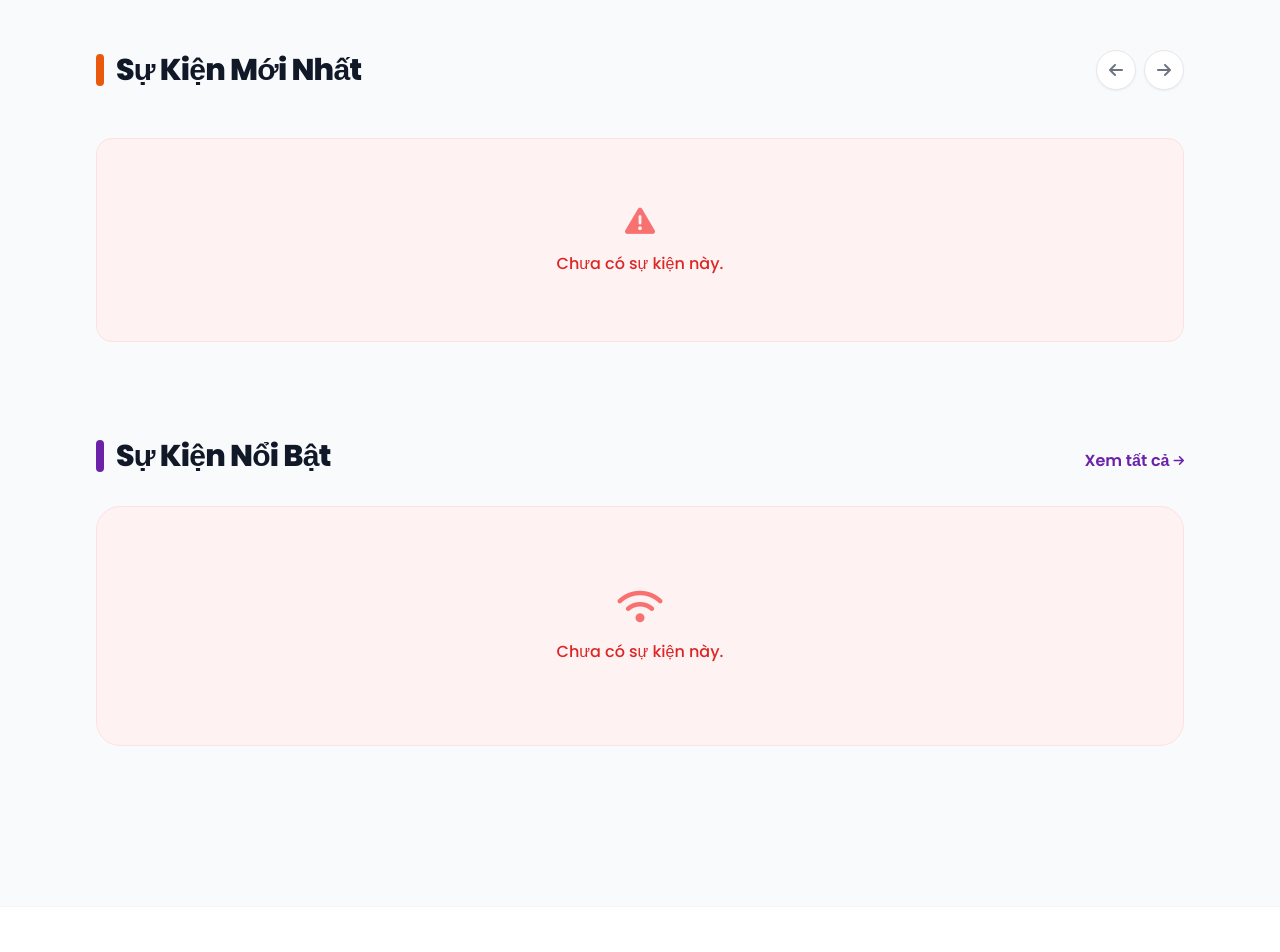
Repository: Vu-Tien-Duc/K23CNT3_VuTienDuc_Project4_EventTicket
Page: EventTicket_BDHT_Project/frontend-web/pages/index.html
These files come from the project's save history. The page is drawn as it stood at one moment and after the next save; the edit follows.
The browser window is 1280 px wide. The pictures show the part of the page from y = 683 to 1635 px (the page is 1654 px tall before and 1554 px after).
Some web libraries are served in a nearby version.

Above is the page before, as saved 2026-05-20 21:29:01.

### EventTicket_BDHT_Project/frontend-web/pages/index.html
<!DOCTYPE html>
<html lang="vi">
<head>
    <meta charset="UTF-8">
    <meta name="viewport" content="width=device-width, initial-scale=1.0">
    <title>BDHT - Kênh bán vé sự kiện hiện đại</title>
    <script src="https://cdn.tailwindcss.com"></script>
    <script>
        tailwind.config = {
            theme: {
                extend: {
                    colors: {
                        brand: {
                            purple: '#6b21a8', purpleHover: '#581c87',
                            orange: '#ea580c', orangeHover: '#c2410c',
                            darkBg: '#1e293b'
                        }
                    },
                    fontFamily: { sans: ['Poppins', 'sans-serif'] },
                    boxShadow: { 'soft': '0 10px 40px -10px rgba(0,0,0,0.08)' }
                }
            }
        }
    </script>
    <link href="https://fonts.googleapis.com/css2?family=Poppins:wght@300;400;500;600;700;800;900&display=swap" rel="stylesheet">
    <link rel="stylesheet" href="https://cdnjs.cloudflare.com/ajax/libs/font-awesome/6.4.0/css/all.min.css">
    <link rel="stylesheet" href="../assets/css/style.css?v=1.3">
    <style>
        body { font-family: 'Poppins', sans-serif; background-color: #F8FAFC; }
        .scrollbar-hide::-webkit-scrollbar { display: none; }
        .scrollbar-hide { -ms-overflow-style: none; scrollbar-width: none; }
        .mini-slider-card { min-width: 280px; width: 280px; }
    </style>
</head>
<body class="text-gray-600 antialiased bg-[#F8FAFC] leading-relaxed">

    <div id="header-container" class="sticky top-0 z-[100] bg-white/80 backdrop-blur-lg border-b border-gray-100 shadow-sm"></div>

    <main class="pb-24">

        <section class="relative w-full overflow-hidden bg-slate-900" style="height: 540px;">
            <div id="hero-slider-track" class="w-full h-full flex transition-transform duration-700 ease-in-out">
                <div class="w-full h-full flex-shrink-0 relative">
                    <img id="banner-img-0" src="https://images.unsplash.com/photo-1540039155732-680874b8ce49?q=80&w=1920&auto=format&fit=crop" class="w-full h-full object-cover opacity-80" alt="Banner 1">
                    <div class="absolute inset-0 bg-gradient-to-t from-slate-900 via-slate-900/40 to-transparent flex items-end p-8 md:p-20">
                        <div class="max-w-7xl mx-auto w-full text-white">
                            <span class="bg-gradient-to-r from-orange-500 to-rose-500 text-white font-bold text-[11px] px-4 py-1.5 rounded-full uppercase tracking-widest mb-4 inline-block shadow-lg">HOT LIVE CONCERT</span>
                            <h2 class="text-4xl md:text-6xl font-extrabold mb-4 text-white drop-shadow-md">Liveshow HÀ NHI<br/><span class="text-transparent bg-clip-text bg-gradient-to-r from-orange-400 to-rose-400">Người Yêu Cũ Là Tri Kỷ</span></h2>
                        </div>
                    </div>
                </div>
                <div class="w-full h-full flex-shrink-0 relative">
                    <img id="banner-img-1" src="https://images.unsplash.com/photo-1470229722913-7c090be10714?q=80&w=1920&auto=format&fit=crop" class="w-full h-full object-cover opacity-80" alt="Banner 2">
                    <div class="absolute inset-0 bg-gradient-to-t from-slate-900 via-slate-900/40 to-transparent flex items-end p-8 md:p-20">
                        <div class="max-w-7xl mx-auto w-full text-white">
                            <span class="bg-gradient-to-r from-brand-purple to-indigo-500 text-white font-bold text-[11px] px-4 py-1.5 rounded-full uppercase tracking-widest mb-4 inline-block shadow-lg">CULTURE EVENT</span>
                            <h2 class="text-4xl md:text-6xl font-extrabold mb-4 text-white drop-shadow-md">À Ố Show<br/><span class="text-transparent bg-clip-text bg-gradient-to-r from-purple-400 to-indigo-400">Nghệ Thuật Xiếc Tre Việt Nam</span></h2>
                        </div>
                    </div>
                </div>
                <div class="w-full h-full flex-shrink-0 relative">
                    <img id="banner-img-2" src="https://images.unsplash.com/photo-1514525253161-7a46d19cd819?q=80&w=1920&auto=format&fit=crop" class="w-full h-full object-cover opacity-80" alt="Banner 3">
                    <div class="absolute inset-0 bg-gradient-to-t from-slate-900 via-slate-900/40 to-transparent flex items-end p-8 md:p-20">
                        <div class="max-w-7xl mx-auto w-full text-white">
                            <span class="bg-gradient-to-r from-blue-500 to-cyan-500 text-white font-bold text-[11px] px-4 py-1.5 rounded-full uppercase tracking-widest mb-4 inline-block shadow-lg">MUSIC FESTIVAL</span>
                            <h2 class="text-4xl md:text-6xl font-extrabold mb-4 text-white drop-shadow-md">Lễ Hội Âm Nhạc Điện Tử<br/><span class="text-transparent bg-clip-text bg-gradient-to-r from-blue-400 to-cyan-400">Ravolution EDM</span></h2>
                        </div>
                    </div>
                </div>
            </div>

            <button onclick="moveHeroSlide(-1)" class="absolute left-6 top-1/2 -translate-y-1/2 w-12 h-12 rounded-full bg-white/20 hover:bg-white/40 backdrop-blur-sm text-white flex items-center justify-center transition-all z-10 hover:scale-110"><i class="fas fa-chevron-left"></i></button>
            <button onclick="moveHeroSlide(1)" class="absolute right-6 top-1/2 -translate-y-1/2 w-12 h-12 rounded-full bg-white/20 hover:bg-white/40 backdrop-blur-sm text-white flex items-center justify-center transition-all z-10 hover:scale-110"><i class="fas fa-chevron-right"></i></button>
            <div id="hero-dots-container" class="absolute bottom-8 left-1/2 -translate-x-1/2 flex gap-3 z-10">
                <span onclick="setHeroSlide(0)" class="w-3 h-3 rounded-full bg-white cursor-pointer transition-all hero-dot active shadow-md"></span>
                <span onclick="setHeroSlide(1)" class="w-3 h-3 rounded-full bg-white/40 cursor-pointer transition-all hero-dot hover:bg-white/70"></span>
                <span onclick="setHeroSlide(2)" class="w-3 h-3 rounded-full bg-white/40 cursor-pointer transition-all hero-dot hover:bg-white/70"></span>
            </div>
        </section>

        <section class="max-w-7xl mx-auto px-6 mt-20">
            <div class="flex items-center justify-between mb-8">
                <div class="flex items-center gap-3">
                    <div class="w-2 h-8 bg-brand-orange rounded-full"></div>
                    <h2 class="text-3xl font-extrabold text-gray-900 tracking-tight">Sự Kiện Mới Nhất</h2>
                </div>
                <div class="flex gap-2">
                    <button onclick="scrollMiniSlider(-300)" class="w-10 h-10 rounded-full bg-white shadow-sm border border-gray-200 flex items-center justify-center text-gray-500 hover:bg-brand-orange hover:text-white hover:border-brand-orange transition-all"><i class="fas fa-arrow-left"></i></button>
                    <button onclick="scrollMiniSlider(300)" class="w-10 h-10 rounded-full bg-white shadow-sm border border-gray-200 flex items-center justify-center text-gray-500 hover:bg-brand-orange hover:text-white hover:border-brand-orange transition-all"><i class="fas fa-arrow-right"></i></button>
                </div>
            </div>

            <div class="relative -mx-6 px-6">
                <div id="mini-slider-track" class="flex gap-6 overflow-x-auto pb-8 pt-4 scrollbar-hide scroll-smooth snap-x">
                    <div class="w-full flex flex-col items-center justify-center py-16 bg-white rounded-2xl border border-gray-100 border-dashed">
                        <i class="fas fa-spinner fa-spin text-3xl text-gray-300 mb-3"></i>
                        <p class="text-gray-400 font-medium">Đang tải sự kiện mới...</p>
                    </div>
                </div>
            </div>
        </section>

        <section class="max-w-7xl mx-auto px-6 py-16">
            <div class="flex justify-between items-end mb-8">
                <div class="flex items-center gap-3">
                    <div class="w-2 h-8 bg-brand-purple rounded-full"></div>
                    <h2 class="text-3xl font-extrabold text-gray-900 tracking-tight">Sự Kiện Nổi Bật</h2>
                </div>
                <a href="/pages/events.html" class="text-brand-purple font-semibold hover:text-brand-purpleHover transition-colors flex items-center gap-1 group">Xem tất cả <i class="fas fa-arrow-right text-xs group-hover:translate-x-1 transition-transform"></i></a>
            </div>

            <div id="featured-events-wrapper">
                <div class="w-full flex flex-col items-center justify-center py-20 bg-white rounded-3xl border border-gray-100 border-dashed">
                     <i class="fas fa-spinner fa-spin text-3xl text-gray-300 mb-3"></i>
                     <p class="text-gray-400 font-medium">Đang tải sự kiện nổi bật...</p>
                </div>
            </div>
        </section>

    </main>

    <div id="footer-container" class="bg-white border-t border-gray-100 pt-16"></div>

    <script src="../assets/js/core/api-client.js"></script>
    <script src="../assets/js/home.js?v=1.5"></script>
</body>
</html>

### EventTicket_BDHT_Project/frontend-web/assets/css/style.css
/* EventTicket Frontend Styles */

/* Reset and Base Styles */
* {
    margin: 0;
    padding: 0;
    box-sizing: border-box;
}

body {
    font-family: 'Segoe UI', Tahoma, Geneva, Verdana, sans-serif;
    line-height: 1.6;
    color: #333;
    background-color: #f8f9fa;
}

header {
    background: linear-gradient(135deg, #667eea 0%, #764ba2 100%);
    color: white;
    padding: 1rem 0;
    position: fixed;
    width: 100%;
    top: 0;
    z-index: 1000;
    box-shadow: 0 2px 10px rgba(0,0,0,0.1);
}

main {
    margin-top: 80px;
    padding: 2rem;
    max-width: 1200px;
    margin-left: auto;
    margin-right: auto;
}

.container {
    max-width: 1200px;
    margin: 0 auto;
    padding: 0 1rem;
}

.btn {
    background: #667eea;
    color: white;
    padding: 0.75rem 1.5rem;
    border: none;
    border-radius: 5px;
    cursor: pointer;
    font-size: 1rem;
    transition: background 0.3s;
}

.btn:hover {
    background: #5a67d8;
}

.btn-danger {
    background: #e53e3e;
}

.btn-danger:hover {
    background: #c53030;
}

.card {
    background: white;
    border-radius: 10px;
    box-shadow: 0 4px 6px rgba(0,0,0,0.1);
    padding: 1.5rem;
    margin-bottom: 1.5rem;
}

.event-card {
    display: flex;
    gap: 1.5rem;
    margin-bottom: 2rem;
    padding: 1.5rem;
    border-radius: 10px;
    background: white;
    box-shadow: 0 4px 12px rgba(0,0,0,0.1);
    transition: transform 0.3s, box-shadow 0.3s;
}

.event-card:hover {
    transform: translateY(-5px);
    box-shadow: 0 8px 25px rgba(0,0,0,0.15);
}

/* Responsive */
@media (max-width: 768px) {
    .event-card {
        flex-direction: column;
    }

    main {
        padding: 1rem;
    }
}

/* Loading Spinner */
.loading {
    display: inline-block;
    width: 20px;
    height: 20px;
    border: 3px solid #f3f3f3;
    border-top: 3px solid #667eea;
    border-radius: 50%;
    animation: spin 1s linear infinite;
}

@keyframes spin {
    0% { transform: rotate(0deg); }
    100% { transform: rotate(360deg); }
}

### EventTicket_BDHT_Project/frontend-web/assets/js/home.js
/**
 * Script xử lý Trang Chủ (index.html)
 * Tác giả: Team Frontend (BDHT)
 */

document.addEventListener('DOMContentLoaded', () => {
    // 1. Fetch dữ liệu từ API Backend
    fetchHomePageData();

    // 2. Kích hoạt tính năng tự chạy của Slider Banner
    startAutoSlide();
});

// ======================== GỌI API & RENDER ========================

async function fetchHomePageData() {
    try {
        const responseData = await apiClient('/public/home', 'GET');

        // Render Banners (Chỉ render nếu có ảnh trả về từ DB, nếu không thì giữ ảnh mặc định)
        if (responseData.banners && responseData.banners.length > 0) {
            renderBanners(responseData.banners);
        }

        // Luôn luôn gọi hàm render để xử lý, dù mảng có rỗng hay không
        renderLatestEvents(responseData.latestEvents || []);
        renderFeaturedEvents(responseData.featuredEvents || []);

    } catch (error) {
        console.error("Lỗi khi tải dữ liệu trang chủ:", error);

        // Fallback UI nếu API sập/lỗi kết nối
        document.getElementById('mini-slider-track').innerHTML = `
            <div class="w-full flex flex-col items-center justify-center py-16 bg-red-50 rounded-2xl border border-red-100">
                <i class="fas fa-exclamation-triangle text-3xl text-red-400 mb-3"></i>
                <p class="text-red-600 font-medium">Chưa có sự kiện này.</p>
            </div>`;

        document.getElementById('featured-events-wrapper').innerHTML = `
            <div class="w-full flex flex-col items-center justify-center py-20 bg-red-50 rounded-3xl border border-red-100">
                <i class="fas fa-wifi text-4xl text-red-400 mb-3"></i>
                <p class="text-red-600 font-medium">Chưa có sự kiện này.</p>
            </div>`;
    }
}

// 1. Render Banner Ngẫu nhiên
function renderBanners(banners) {
    for (let i = 0; i < 3; i++) {
        const imgElement = document.getElementById(`banner-img-${i}`);
        if (imgElement && banners[i]) {
            imgElement.src = banners[i];
        }
    }
}

// 2. Render Sự kiện mới nhất (Thanh cuộn ngang)
function renderLatestEvents(events) {
    const track = document.getElementById('mini-slider-track');

    // XỬ LÝ KHI KHÔNG CÓ DỮ LIỆU
    if (events.length === 0) {
        track.innerHTML = `
            <div class="w-full flex flex-col items-center justify-center py-16 bg-white rounded-2xl border border-gray-200 border-dashed shadow-sm">
                <i class="far fa-calendar-times text-5xl text-gray-300 mb-4"></i>
                <p class="text-gray-500 font-medium text-lg">Hiện tại không có sự kiện mới nhất nào được mở bán.</p>
                <p class="text-gray-400 text-sm mt-1">Vui lòng quay lại sau nhé!</p>
            </div>`;
        return;
    }

    let htmlContent = '';
    events.forEach(event => {
        htmlContent += `
        <div class="mini-slider-card snap-start bg-white rounded-2xl shadow-soft border border-gray-100 overflow-hidden hover:shadow-xl hover:-translate-y-1 transition-all duration-300 group cursor-pointer flex flex-col" onclick="window.location.href='event-detail.html?id=${event.eventId}'">
            <div class="h-44 overflow-hidden relative">
                <img src="${event.bannerImageUrl || 'https://via.placeholder.com/300x200?text=No+Image'}" class="w-full h-full object-cover group-hover:scale-110 transition-transform duration-700" alt="${event.title}">
                <div class="absolute top-3 left-3 bg-white/95 backdrop-blur text-brand-orange text-xs font-bold px-3 py-1.5 rounded-full shadow-sm">
                    ${event.categoryName || 'Sự kiện'}
                </div>
            </div>
            <div class="p-5 flex flex-col flex-1">
                <h3 class="font-bold text-gray-900 text-lg mb-2 line-clamp-2 group-hover:text-brand-orange transition-colors leading-snug">${event.title}</h3>
                <p class="text-sm text-gray-500 mb-4 flex items-center gap-2"><i class="far fa-calendar-alt text-gray-400"></i> ${formatDate(event.createdAt)}</p>

                <div class="mt-auto pt-4 border-t border-gray-100 flex items-center justify-between">
                    <div>
                        <p class="text-[10px] uppercase tracking-wider text-gray-400 font-bold">Giá từ</p>
                        <span class="text-brand-orange font-extrabold text-lg">${formatCurrency(event.minPrice || 0)}</span>
                    </div>
                    <span class="w-10 h-10 rounded-full bg-orange-50 flex items-center justify-center group-hover:bg-brand-orange group-hover:text-white transition-colors text-brand-orange shadow-sm"><i class="fas fa-arrow-right text-sm"></i></span>
                </div>
            </div>
        </div>`;
    });
    track.innerHTML = htmlContent;
}

// 3. Render Sự kiện nổi bật (1 Thẻ siêu lớn + 4 Thẻ nhỏ)
function renderFeaturedEvents(events) {
    const wrapper = document.getElementById('featured-events-wrapper');

    // XỬ LÝ KHI KHÔNG CÓ DỮ LIỆU
    if (events.length === 0) {
        wrapper.innerHTML = `
            <div class="w-full flex flex-col items-center justify-center py-20 bg-white rounded-3xl border border-gray-200 border-dashed shadow-sm">
                <i class="fas fa-box-open text-6xl text-gray-300 mb-5"></i>
                <h3 class="text-gray-600 font-bold text-xl mb-1">Không có sự kiện nổi bật</h3>
                <p class="text-gray-400">Hệ thống chưa ghi nhận sự kiện nào lọt top thịnh hành lúc này.</p>
            </div>`;
        return;
    }

    // Nếu có dữ liệu, tạo cấu trúc Grid
    const topEvent = events[0];
    const nextEvents = events.slice(1, 5);

    let html = `<div class="grid grid-cols-1 lg:grid-cols-3 gap-8">`;

    // Cột Trái: Sự kiện Top 1
    html += `
        <div class="lg:col-span-1">
            <div class="bg-white rounded-3xl overflow-hidden shadow-soft border border-gray-100 group cursor-pointer h-full flex flex-col hover:-translate-y-2 hover:shadow-2xl transition-all duration-300" onclick="window.location.href='event-detail.html?id=${topEvent.eventId}'">
                <div class="relative h-64 lg:h-72 overflow-hidden">
                    <img src="${topEvent.bannerImageUrl || 'https://via.placeholder.com/600x400?text=No+Image'}" class="w-full h-full object-cover group-hover:scale-105 transition-transform duration-700" alt="${topEvent.title}">
                    <div class="absolute top-4 left-4 bg-gradient-to-r from-rose-500 to-red-600 text-white text-xs font-bold px-4 py-1.5 rounded-full shadow-lg uppercase tracking-wider flex items-center gap-1">
                        <i class="fas fa-fire"></i> Đáng chú ý
                    </div>
                </div>
                <div class="p-8 flex-1 flex flex-col bg-white relative">
                    <div class="absolute top-0 right-8 -mt-6 w-12 h-12 bg-white rounded-full shadow-md flex items-center justify-center text-brand-purple font-bold text-xl">#1</div>
                    <h3 class="text-2xl font-extrabold text-gray-900 mb-3 group-hover:text-brand-purple transition-colors leading-tight">${topEvent.title}</h3>
                    <p class="text-gray-500 line-clamp-3 mb-6 text-sm flex-1 leading-relaxed">${topEvent.description || 'Sự kiện hấp dẫn không thể bỏ lỡ, đặt vé ngay hôm nay để có vị trí đẹp nhất!'}</p>
                    <div class="flex items-center justify-between mt-auto pt-6 border-t border-gray-100">
                        <div>
                            <p class="text-[10px] text-gray-400 uppercase font-bold mb-1 tracking-wider">Giá vé từ</p>
                            <p class="text-2xl font-black text-brand-purple">${formatCurrency(topEvent.minPrice || 0)}</p>
                        </div>
                        <button class="bg-gray-900 hover:bg-brand-purple text-white px-7 py-3 rounded-full font-bold transition-colors shadow-md text-sm">Mua Vé</button>
                    </div>
                </div>
            </div>
        </div>

        <div class="lg:col-span-2 grid grid-cols-1 md:grid-cols-2 gap-6">`;

    // Render các sự kiện nhỏ
    nextEvents.forEach(event => {
        html += `
            <div class="flex gap-4 bg-white p-4 rounded-2xl border border-gray-100 shadow-sm hover:shadow-md hover:-translate-y-1 transition-all duration-300 group cursor-pointer" onclick="window.location.href='event-detail.html?id=${event.eventId}'">
                <div class="w-32 h-32 rounded-xl overflow-hidden flex-shrink-0 relative">
                    <img src="${event.bannerImageUrl || 'https://via.placeholder.com/150x150?text=No+Image'}" class="w-full h-full object-cover group-hover:scale-110 transition-transform duration-700" alt="${event.title}">
                </div>
                <div class="flex flex-col py-1 justify-between">
                    <div>
                        <span class="text-[10px] font-bold text-brand-purple bg-purple-50 px-2 py-1 rounded uppercase tracking-widest mb-2 inline-block">${event.categoryName || 'Sự kiện'}</span>
                        <h4 class="font-bold text-gray-900 line-clamp-2 group-hover:text-brand-purple transition-colors leading-snug text-sm">${event.title}</h4>
                    </div>
                    <div class="mt-2 flex items-center justify-between">
                        <span class="text-brand-orange font-extrabold text-sm">${formatCurrency(event.minPrice || 0)}</span>
                    </div>
                </div>
            </div>
        `;
    });

    html += `</div></div>`; // Đóng grid con và grid tổng
    wrapper.innerHTML = html;
}

// ======================== UI HELPERS & LOGIC SLIDER ========================
let currentSlide = 0;
const totalSlides = 3;
let autoSlideInterval;

function updateSliderUI() {
    const track = document.getElementById('hero-slider-track');
    const dots = document.querySelectorAll('.hero-dot');

    if (track) track.style.transform = `translateX(-${currentSlide * 100}%)`;

    dots.forEach((dot, index) => {
        if (index === currentSlide) {
            dot.classList.add('bg-white', 'active', 'shadow-md');
            dot.classList.remove('bg-white/40');
        } else {
            dot.classList.remove('bg-white', 'active', 'shadow-md');
            dot.classList.add('bg-white/40');
        }
    });
}

function moveHeroSlide(direction) {
    currentSlide = (currentSlide + direction + totalSlides) % totalSlides;
    updateSliderUI();
    resetAutoSlide();
}

function setHeroSlide(index) {
    currentSlide = index;
    updateSliderUI();
    resetAutoSlide();
}

function startAutoSlide() {
    autoSlideInterval = setInterval(() => moveHeroSlide(1), 5000);
}

function resetAutoSlide() {
    clearInterval(autoSlideInterval);
    startAutoSlide();
}

function scrollMiniSlider(offset) {
    const track = document.getElementById('mini-slider-track');
    if (track) track.scrollBy({ left: offset, behavior: 'smooth' });
}

function formatCurrency(amount) {
    return new Intl.NumberFormat('vi-VN', { style: 'currency', currency: 'VND' }).format(amount);
}

function formatDate(dateString) {
    if (!dateString) return 'Đang cập nhật';
    const date = new Date(dateString);
    return date.toLocaleDateString('vi-VN', { day: '2-digit', month: '2-digit', year: 'numeric' });
}

Loaded but not shown: EventTicket_BDHT_Project/frontend-web/assets/js/core/api-client.js (308 lines, source omitted)

After the next save:
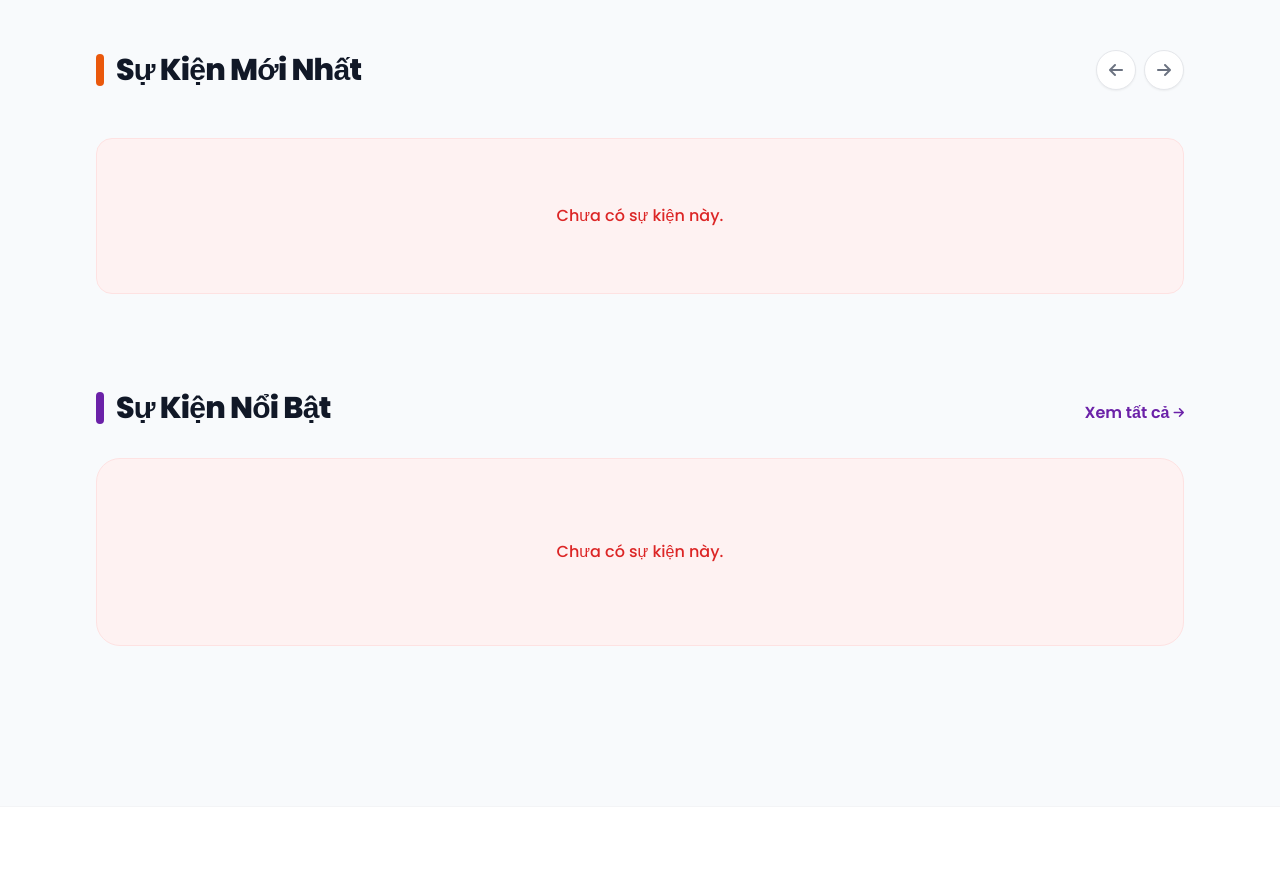
Saved 8 s later.
--- a/EventTicket_BDHT_Project/frontend-web/assets/js/home.js
+++ b/EventTicket_BDHT_Project/frontend-web/assets/js/home.js
@@ -32,13 +32,13 @@ async function fetchHomePageData() {
         // Fallback UI nếu API sập/lỗi kết nối
         document.getElementById('mini-slider-track').innerHTML = `
             <div class="w-full flex flex-col items-center justify-center py-16 bg-red-50 rounded-2xl border border-red-100">
-                <i class="fas fa-exclamation-triangle text-3xl text-red-400 mb-3"></i>
+
                 <p class="text-red-600 font-medium">Chưa có sự kiện này.</p>
             </div>`;
 
         document.getElementById('featured-events-wrapper').innerHTML = `
             <div class="w-full flex flex-col items-center justify-center py-20 bg-red-50 rounded-3xl border border-red-100">
-                <i class="fas fa-wifi text-4xl text-red-400 mb-3"></i>
+
                 <p class="text-red-600 font-medium">Chưa có sự kiện này.</p>
             </div>`;
     }
